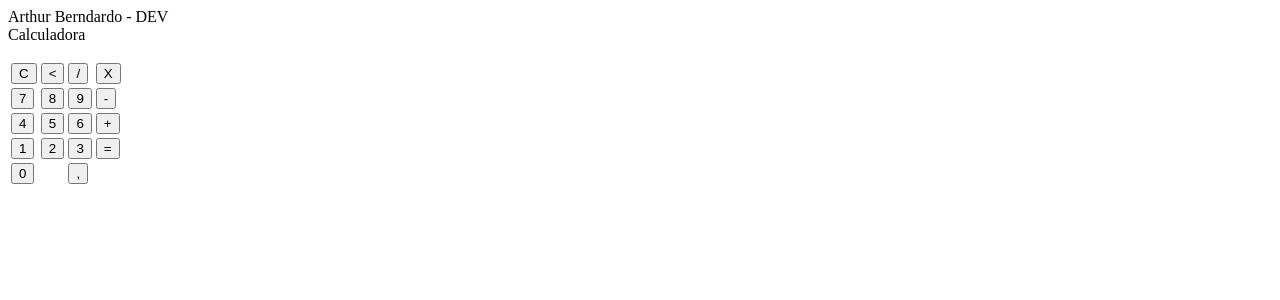
Repository: oThurDev/calculadora
Page: calculadora.html
The author's editor kept a copy of each file at every save. The page is drawn from the files as they stood at one save, then again after the next save.
The browser window is 1280 px wide. The pictures show the whole page.

Above is the page before, as saved 2022-02-25 15:20:07.

### calculadora.html
<!DOCTYPE html>
<html lang="en">
<head>
    <meta charset="UTF-8">
    <meta name="viewport" content="width=device-width, initial-scale=1.0">
    <title>Calculadora</title>
</head>
<body>
    <div class="fundo">
        <span>Arthur Berndardo - DEV</span>
        <div class="calculadora">
            <span>Calculadora</span>
            <p id="resultado"></p>
            <table>
                <tr>
                    <td><button>C</button></td>
                    <td><button><</button></td>
                    <td><button>/</button></td>
                    <td><button>X</button></td>
                </tr>
                <tr>
                    <td><button>7</button></td>
                    <td><button>8</button></td>
                    <td><button>9</button></td>
                    <td><button>-</button></td>
                </tr>
                <tr>
                    <td><button>4</button></td>
                    <td><button>5</button></td>
                    <td><button>6</button></td>
                    <td><button>+</button></td>
                </tr>
                <tr>
                    <td><button>1</button></td>
                    <td><button>2</button></td>
                    <td><button>3</button></td>
                    <td colspan="2"><button>=</button></td>
                </tr>
                <tr>
                    <td colspan="2"><button>0</button></td>
                    <td><button>,</button></td>
                </tr>
            </table>
        </div>
    </div>
</body>
</html>

After the next save:
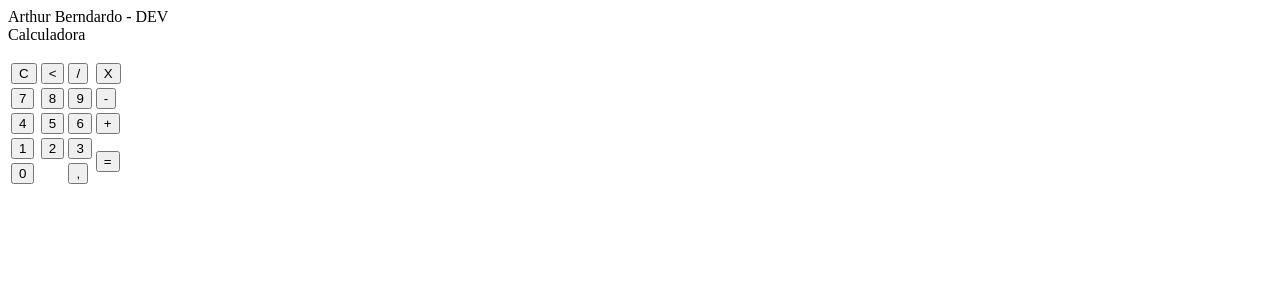
Saved 22 s later.
--- a/calculadora.html
+++ b/calculadora.html
@@ -34,7 +34,7 @@
                     <td><button>1</button></td>
                     <td><button>2</button></td>
                     <td><button>3</button></td>
-                    <td colspan="2"><button>=</button></td>
+                    <td rowspan="2"><button>=</button></td>
                 </tr>
                 <tr>
                     <td colspan="2"><button>0</button></td>
